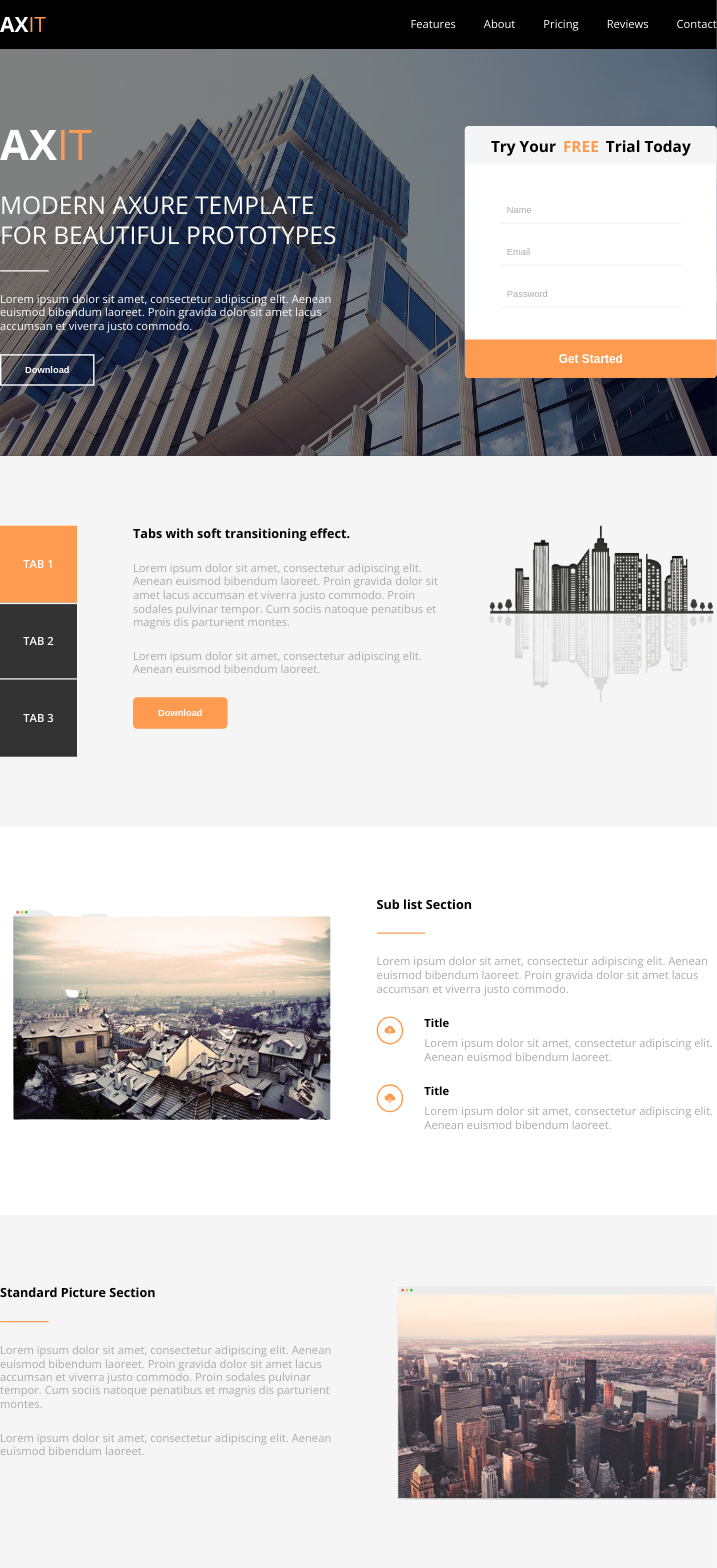
Repository: dinhtri123/axureThems
Page: index.html
These files come from the project's save history. The page is drawn as it stood at one moment and after a run of saves; the edit follows.
The browser window is 1024 px wide. The pictures show the part of the page from y = 0 to 2240 px (the page is 3894 px tall before and 3994 px after), at 70% of full size.

Above is the page before, as saved 2023-02-11 19:03:23.

### index.html
<!DOCTYPE html>
<html lang="en">
  <head>
    <meta charset="UTF-8" />
    <meta http-equiv="X-UA-Compatible" content="IE=edge" />
    <meta name="viewport" content="width=device-width, initial-scale=1.0" />
    <title>Axure Themes</title>
    <script
      type="module"
      src="https://unpkg.com/ionicons@5.5.2/dist/ionicons/ionicons.esm.js"
    ></script>
    <script
      nomodule
      src="https://unpkg.com/ionicons@5.5.2/dist/ionicons/ionicons.js"
    ></script>
    <link rel="stylesheet" href="style.css" />
  </head>
  <body>
    <header>
      <div class="container headerMain">
        <a href="index.html" class="logo">
          <span>AX</span>
          <span>IT</span>
        </a>
        <nav>
          <ul>
            <li><a href="#">Features</a></li>
            <li><a href="#">About</a></li>
            <li><a href="#">Pricing</a></li>
            <li><a href="#">Reviews</a></li>
            <li><a href="#">Contact</a></li>
          </ul>
        </nav>
      </div>
    </header>
    <div class="banner">
      <div class="imageBanner">
        <img src="./image/banner.jpeg" alt="" />
      </div>
      <div class="container bannerMain">
        <div class="bannerLeft">
          <a href="index.html" class="logo logoBanner">
            <span>AX</span>
            <span>IT</span>
          </a>
          <h3>MODERN AXURE TEMPLATE FOR BEAUTIFUL PROTOTYPES</h3>
          <span class="line"></span>
          <p>
            Lorem ipsum dolor sit amet, consectetur adipiscing elit. Aenean
            euismod bibendum laoreet. Proin gravida dolor sit amet lacus
            accumsan et viverra justo commodo.
          </p>
          <button class="btn">Download</button>
        </div>
        <div class="bannerRight">
          <form autocomplete="off" class="formBanner">
            <h3>Try Your <span>FREE</span> Trial Today</h3>
            <div class="inputForm">
              <input type="text" name="name" id="name" placeholder="Name" />
              <input type="email" name="email" id="email" placeholder="Email" />
              <input
                type="password"
                name="password"
                id="password"
                placeholder="Password"
              />
            </div>
            <button class="btnForm">Get Started</button>
          </form>
        </div>
      </div>
    </div>
    <main>
      <div class="mainTabs">
        <div class="container mainTabsContent">
          <div class="tabsLeft">
            <div class="tabsNumber">
              <span class="tabs active" onclick="showTab(event,'tab1')">TAB 1</span>
              <span class="tabs" onclick="showTab(event,'tab2')">TAB 2</span>
              <span class="tabs" onclick="showTab(event,'tab3')">TAB 3</span>
            </div>
            <div class="tabsContent" id="tab1">
              <h3>Tabs with soft transitioning effect.</h3>
              <p>
                Lorem ipsum dolor sit amet, consectetur adipiscing elit. Aenean
                euismod bibendum laoreet. Proin gravida dolor sit amet lacus
                accumsan et viverra justo commodo. Proin sodales pulvinar
                tempor. Cum sociis natoque penatibus et magnis dis parturient
                montes.
              </p>
              <p>
                Lorem ipsum dolor sit amet, consectetur adipiscing elit. Aenean
                euismod bibendum laoreet.
              </p>
              <button class="btn btnTabs">Download</button>
            </div>
            <div class="tabsContent" id="tab2">
                <h3>Tabs 2 with soft transitioning effect.</h3>
                <p>
                  Lorem ipsum dolor sit amet, consectetur adipiscing elit. Aenean
                  euismod bibendum laoreet. Proin gravida dolor sit amet lacus
                  accumsan et viverra justo commodo. Proin sodales pulvinar
                  tempor. Cum sociis natoque penatibus et magnis dis parturient
                  montes.
                </p>
                <p>
                  Lorem ipsum dolor sit amet, consectetur adipiscing elit. Aenean
                  euismod bibendum laoreet.
                </p>
                <button class="btn btnTabs">Download</button>
              </div>
              <div class="tabsContent" id="tab3">
                <h3>Tabs 3 with soft transitioning effect.</h3>
                <p>
                  Lorem ipsum dolor sit amet, consectetur adipiscing elit. Aenean
                  euismod bibendum laoreet. Proin gravida dolor sit amet lacus
                  accumsan et viverra justo commodo. Proin sodales pulvinar
                  tempor. Cum sociis natoque penatibus et magnis dis parturient
                  montes.
                </p>
                <p>
                  Lorem ipsum dolor sit amet, consectetur adipiscing elit. Aenean
                  euismod bibendum laoreet.
                </p>
                <button class="btn btnTabs">Download</button>
              </div>
          </div>
          <div class="tabsRight">
            <img src="./image/img.png" alt="" />
          </div>
        </div>
      </div>
      <div class="mainSublist">
        <div class="container sublistMain">
          <div class="subLeft">
            <img src="./image/img2.png" alt="" />
          </div>
          <div class="subRight">
            <h3>Sub list Section</h3>
            <span class="line lineSub"></span>
            <p>
              Lorem ipsum dolor sit amet, consectetur adipiscing elit. Aenean
              euismod bibendum laoreet. Proin gravida dolor sit amet lacus
              accumsan et viverra justo commodo.
            </p>
            <div class="subDesc">
              <div class="icon">
                <ion-icon name="cloud-upload"></ion-icon>
              </div>
              <div class="subDescItem">
                <h4>Title</h4>
                <p>
                  Lorem ipsum dolor sit amet, consectetur adipiscing elit.
                  Aenean euismod bibendum laoreet.
                </p>
              </div>
            </div>
            <div class="subDesc">
              <div class="icon">
                <ion-icon name="cloud-download"></ion-icon>
              </div>
              <div class="subDescItem">
                <h4>Title</h4>
                <p>
                  Lorem ipsum dolor sit amet, consectetur adipiscing elit.
                  Aenean euismod bibendum laoreet.
                </p>
              </div>
            </div>
          </div>
        </div>
      </div>
      <div class="mainSection">
        <div class="container sectionContent">
          <div class="sectionLeft">
            <h3>Standard Picture Section</h3>
            <span class="line sectionLine"></span>
            <p>
              Lorem ipsum dolor sit amet, consectetur adipiscing elit. Aenean
              euismod bibendum laoreet. Proin gravida dolor sit amet lacus
              accumsan et viverra justo commodo. Proin sodales pulvinar tempor.
              Cum sociis natoque penatibus et magnis dis parturient montes.
            </p>
            <p>
              Lorem ipsum dolor sit amet, consectetur adipiscing elit. Aenean
              euismod bibendum laoreet.
            </p>
          </div>
          <div class="sectionRight">
            <img src="./image/img4.jpg" alt="" />
          </div>
        </div>
      </div>
      <div class="mainAwesome">
        <div class="container awesomeContent">
          <h2>WHY THIS IS AWESOME</h2>
          <span class="line lineSub"></span>
          <p>Lorem ipsum dolor sit amet, consectetur adipiscing elit.</p>
          <div class="awesomeItems">
            <div class="awesomeCard">
              <div class="icon iconAwesome">
                <ion-icon name="sunny"></ion-icon>
              </div>
              <h3>Thoughtfull Design</h3>
              <p>
                Lorem ipsum dolor sit amet, consectetur adipiscing elit. Aenean
                euismod bibendum laoreet. Proin gravida dolor sit amet lacus
                accumsan et viverra.
              </p>
            </div>
            <div class="awesomeCard">
              <div class="icon iconAwesome">
                <ion-icon name="radio"></ion-icon>
              </div>
              <h3>Well Carfted</h3>
              <p>
                Lorem ipsum dolor sit amet, consectetur adipiscing elit. Aenean
                euismod bibendum laoreet. Proin gravida dolor sit amet lacus
                accumsan et viverra.
              </p>
            </div>
            <div class="awesomeCard">
              <div class="icon iconAwesome">
                <ion-icon name="flash"></ion-icon>
              </div>
              <h3>Easy to Customer</h3>
              <p>
                Lorem ipsum dolor sit amet, consectetur adipiscing elit. Aenean
                euismod bibendum laoreet. Proin gravida dolor sit amet lacus
                accumsan et viverra.
              </p>
            </div>
          </div>
        </div>
      </div>
      <div class="mainStylish">
        <div class="stylishBanner">
          <img src="./image/banner12.jpeg" alt="" />
        </div>
        <div class="container stylishContent">
          <h2 class="stylishTitle">STYLISH AXURE DESIGN</h2>
          <span class="line"></span>
          <p>Use the sections you need, remove the ones you don't.  Create gorgeous prototypes faster than ever!</p>
          <button class="btn">Download</button>
        </div>
      </div>
      <div class="mainContact">
        <div class="container contactContent">
            <h2>CONTACT US</h2>
            <span class="line lineSub"></span>
            <p>Lorem ipsum dolor sit amet, consectetur adipiscing elit.</p>
            <div class="contactForm">
                <div class="contactLeft">

                    <input type="text" name="name" id="name" placeholder="Name" />
                  <input type="email" name="email" id="email" placeholder="Email" />
                  <input
                    type="text"
                    name="subject"
                    id="subject"
                    placeholder="Subject"
                  />
                </div>
                <div class="contactRight">
                    <textarea name="message" id="message" placeholder="Message"></textarea>
                </div>
            </div>
            <button class="btn btnContact">Send Message</button>
        </div>
      </div>
    </main>
    <footer>
            <div class="container footerMain">
                <div class="iconSocial">
                <ion-icon name="logo-facebook"></ion-icon>
                <ion-icon name="logo-twitter"></ion-icon>
                <ion-icon name="logo-google"></ion-icon>
                <ion-icon name="logo-pinterest"></ion-icon>
                <ion-icon name="logo-instagram"></ion-icon>
                <ion-icon name="logo-rss"></ion-icon>
                </div>
                <p>@2021 Axure Themes</p>
            </div>
    </footer>
  </body>
  <script src="./index.js"></script>
</html>

### style.css
@import url("https://fonts.googleapis.com/css2?family=Open+Sans:wght@400;500;600;700&display=swap");
* {
  margin: 0;
  padding: 0;
  box-sizing: border-box;
  scroll-behavior: smooth;
}
:root {
  --bg-black: #000;
  --bg-white: #fff;
  --bg-orange: #ff9b51;
  --bg-light: #f5f5f5;
  --bg-gray: #dfdfdf;
  --bg-text: #a9aaac;
}
body {
  font-family: "Open Sans", sans-serif;
  font-weight: 400;
  font-size: 16px;
  line-height: 1.2;
  width: 100%;
  max-height: 100vh;
  height: 100%;
  color: var(--bg-white);
}
button,
a,
input {
  cursor: pointer;
  text-decoration: none;
  border: none;
  outline: none;
}
.container {
  max-width: 1100px;
  width: 100%;
  height: 100%;
  margin: 0px auto;
}

header {
  width: 100%;
  height: 70px;
  background: var(--bg-black);
}
.headerMain {
  display: flex;
  justify-content: space-between;
  align-items: center;
}
.logo {
  display: flex;
  text-decoration: none;
  font-size: 30px;
}
.logo span:first-child {
  font-weight: 700;
  color: var(--bg-white);
}
.logo span:last-child {
  font-weight: 400;
  color: var(--bg-orange);
}
nav ul {
  display: flex;
  align-items: center;
  gap: 40px;
  list-style: none;
}
nav ul li a {
  text-decoration: none;
  color: var(--bg-white);
}

/* --------------------- */

/* --------BANNER------------ */

.banner {
  width: 100%;
  background: var(--bg-black);
  position: relative;
}
.imageBanner {
  position: absolute;
  inset: 0;
  width: 100%;
  height: 100%;
  z-index: 0;
  filter: brightness(0.5);
}
.imageBanner img {
  width: 100%;
  height: 100%;
  object-fit: cover;
}
.bannerMain {
  padding: 100px 0px;
  display: grid;
  grid-template-columns: repeat(2, 1fr);
  gap: 50px;
  z-index: 10;
  isolation: isolate;
}
.bannerLeft {
  display: flex;
  flex-direction: column;
  gap: 30px;
}
.bannerRight {
  display: flex;
  justify-content: end;
  align-items: center;
}

.logoBanner {
  font-size: 60px;
}
.bannerLeft > h3 {
  font-size: 35px;
  font-weight: 300;
}
.line {
  width: 70px;
  height: 2px;
  background-color: var(--bg-white);
  border-radius: 8px;
}

.btn {
  width: 135px;
  height: 45px;
  border: 2px solid var(--bg-white);
  display: flex;
  justify-content: center;
  align-items: center;
  font-weight: 600;
  background: transparent;
  color: var(--bg-white);
}

.formBanner {
  width: 360px;
  height: 360px;
  border-radius: 6px;
  background: var(--bg-white);
  display: flex;
  flex-direction: column;
  justify-content: space-between;
  align-items: center;
  overflow: hidden;
}
.formBanner > h3 {
  width: 100%;
  height: 55px;
  font-size: 22px;
  color: var(--bg-black);
  font-weight: 700;
  background: var(--bg-light);
  display: flex;
  justify-content: center;
  align-items: center;
}
.formBanner > h3 > span {
  color: var(--bg-orange);
  padding: 0px 10px;
}
.inputForm {
  width: 100%;
  height: 250px;
  padding: 0px 50px;
  display: flex;
  flex-direction: column;
  justify-content: center;
  gap: 20px;
}
input {
  border: none;
  border-bottom: 2px solid var(--bg-light);
  padding: 0px 10px;
  width: 100%;
  height: 40px;
  outline: none;
}
input::placeholder {
  color: var(--bg-text);
}
.btnForm {
  width: 100%;
  height: 55px;
  background: var(--bg-orange);
  display: flex;
  justify-content: center;
  align-items: center;
  font-weight: 600;
  color: var(--bg-white);
  border: none;
  outline: none;
  font-size: 17px;
}
/* -------------------------- */

/* -----main------- */

.mainTabs {
  width: 100%;
  background: var(--bg-light);
}

.mainTabsContent {
  width: 100%;
  padding: 100px 0px;
  color: var(--bg-black);
  display: grid;
  grid-template-columns: 2fr 1fr;
  gap: 50px;
}
.tabsLeft {
  display: flex;
  gap: 80px;
}

.tabsNumber {
  display: flex;
  flex-direction: column;
}
.tabsNumber .tabs {
  width: 110px;
  height: 110px;
  display: flex;
  justify-content: center;
  align-items: center;
  color: var(--bg-white);
  background: #333333;
  cursor: pointer;
  font-weight: 600;
}
.tabsNumber span:nth-child(2) {
  border-top: 2px solid var(--bg-light);
  border-bottom: 2px solid var(--bg-light);
}

.tabsContent {
  display: flex;
  gap: 30px;
  flex-direction: column;
}

.tabsContent p {
  color: var(--bg-text);
}
.btnTabs {
  background: var(--bg-orange);
  border: none;
  border-radius: 6px;
}
.lineSub {
  background: var(--bg-orange);
}

.sublistMain {
  width: 100%;
  padding: 100px 0px;
  display: grid;
  grid-template-columns: 1fr 1fr;
  gap: 50px;
}

.subRight {
  display: flex;
  flex-direction: column;
  gap: 30px;
  color: var(--bg-black);
}
h3 {
  font-size: 18px;
}
.subRight p {
  color: var(--bg-text);
}

.subDesc {
  display: flex;
  gap: 30px;
}
.icon {
  width: 60px;
  height: 40px;
  border: 2px solid var(--bg-orange);
  display: flex;
  justify-content: center;
  align-items: center;
  color: var(--bg-orange);
  border-radius: 50%;
}
.subDescItem {
  display: flex;
  flex-direction: column;
  gap: 10px;
}
.subDescItem > p {
  color: var(--bg-text);
}

.mainSection {
  width: 100%;
  background: var(--bg-light);
}
.sectionContent {
  width: 100%;
  padding: 100px 0px;
  display: grid;
  grid-template-columns: 1fr 1fr;
  gap: 50px;
}
.sectionLeft {
  display: flex;
  flex-direction: column;
  gap: 30px;
  color: var(--bg-black);
}
.sectionLine {
  background-color: var(--bg-orange);
}
.sectionLeft p {
  color: var(--bg-text);
}
.sectionRight {
  display: flex;
  justify-content: end;
}

.awesomeContent {
  width: 100%;
  padding: 100px 0px;
  display: flex;
  flex-direction: column;
  align-items: center;
  gap: 30px;
  color: var(--bg-black);
}
h2 {
  font-size: 40px;
  font-weight: 400;
}
.awesomeContent p {
  color: var(--bg-text);
  text-align: center;
}
.iconAwesome {
  width: 70px;
  height: 70px;
  font-size: 25px;
}
.awesomeItems {
  display: grid;
  grid-template-columns: repeat(3, 1fr);
  gap: 40px;
  margin-top: 20px;
}
.awesomeCard {
  display: flex;
  flex-direction: column;
  gap: 30px;
  align-items: center;
}

.mainStylish {
  position: relative;
  width: 100%;
}
.stylishBanner {
  position: absolute;
  inset: 0;
  width: 100%;
  height: 100%;
  filter: brightness(0.5);
  z-index: -1;
}
.stylishBanner img {
  width: 100%;
  height: 100%;
  object-fit: cover;
}
.stylishContent {
  display: flex;
  flex-direction: column;
  gap: 30px;
  align-items: center;
  padding: 80px 0px;
}
.stylishTitle {
  color: var(--bg-white);
}
.stylishContent p {
  color: var(--bg-text);
}

.contactContent {
  width: 100%;
  padding: 100px 0px;
  display: flex;
  flex-direction: column;
  gap: 30px;
  align-items: center;
}

.contactContent p {
  color: var(--bg-text);
}
.contactForm {
  width: 100%;
  display: grid;
  grid-template-columns: 1fr 1fr;
  gap: 50px;
}
.contactLeft {
  display: flex;
  flex-direction: column;
  gap: 20px;
}
.contactContent h2 {
  color: var(--bg-black);
}

textarea {
  width: 100%;
  height: 100%;

  border: none;
  outline: none;
  border-bottom: 2px solid var(--bg-light);
  padding: 5px 10px;
}
textarea::placeholder {
  font-size: 16px;
  color: var(--bg-text);
}
.btnContact {
  background: var(--bg-orange);
  font-weight: 500;
  border-radius: 6px;
  margin: auto;
}

/* ---------- */

footer {
  width: 100%;
  background: var(--bg-black);
}
.footerMain {
  padding: 20px 0px;
  display: flex;
  flex-direction: column;
  align-items: center;
  gap: 10px;
}
.iconSocial {
  display: flex;
  gap: 20px;
  align-items: center;
  color: var(--bg-text);
  font-size: 20px;
  cursor: pointer;
}
footer p {
  font-size: 14px;
  color: var(--bg-text);
}
.tabs.active {
  background-color: var(--bg-orange);
}
#tab2, #tab3 {
  display: none;
}
#tab1 {
  display: flex;
}



/* -----responsive------------ */

@media screen and (max-width: 1100px) {
  .container{
   padding-left:
  }
  .bannerMain{

  }
}

### index.js

const tabs = document.querySelectorAll(".tabs");
const tabsContent = document.querySelectorAll(".tabsContent");
function showTab(e, content) {
  console.log(tabsContent)
  for (let i = 0;i < tabsContent.length; i++) {
    tabsContent[i].style.display = "none";
  }
  for (let i = 0; i < tabs.length; i++) {
    tabs[i].className = tabs[i].className.replace("active", " ");
  }
  document.getElementById(content).style.display = "flex";
    e.target.className += " active";
}

After the next 2 saves:
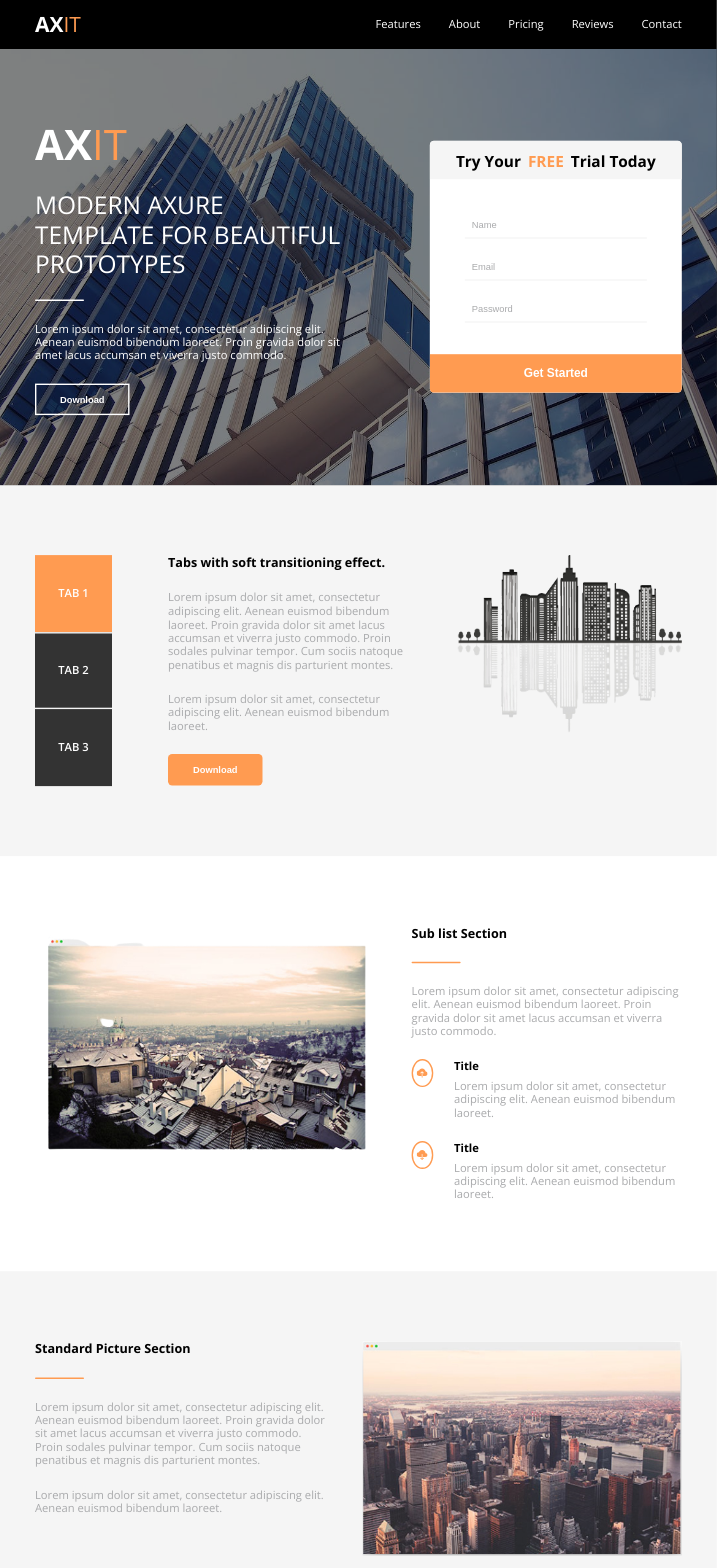
The 2 saves are shown as one change because they came seconds apart.
The last was saved 9 s later.
--- a/style.css
+++ b/style.css
@@ -484,9 +484,7 @@ footer p {
 
 @media screen and (max-width: 1100px) {
   .container{
-   padding-left:
+   padding-left:50px;
+   padding-right:50px;
   }
-  .bannerMain{
-
-  }
-}
+}
